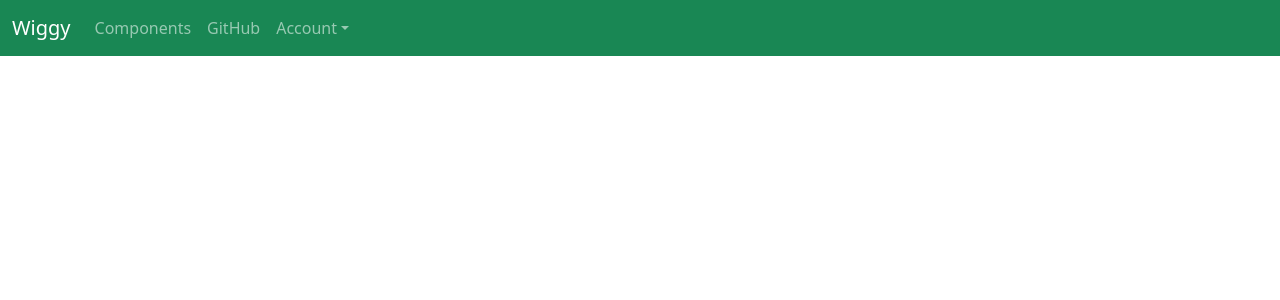
Repository: MohammadGulshan/wiggy
Page: / (app in client/)
These files come from the project's save history. The page is drawn as it stood at one moment and after the next save; the edit follows.
The browser window is 1280 px wide. The pictures show the whole page.
The project was rebuilt for these pictures with package versions that can differ from the ones it lists, and the page was loaded fresh each time. Also part of the build but not shown: client/src/App.css.

Above is the page before, as saved 2020-12-11 02:17:38.

### client/src/index.js
import React from 'react';
import ReactDOM from 'react-dom';
import App from './App';
import reportWebVitals from './reportWebVitals';

ReactDOM.render(
  <React.StrictMode>
    <App />
  </React.StrictMode>,
  document.getElementById('root')
);

// If you want to start measuring performance in your app, pass a function
// to log results (for example: reportWebVitals(console.log))
// or send to an analytics endpoint. Learn more: https://bit.ly/CRA-vitals
reportWebVitals();

### client/src/App.js
import 'bootstrap/dist/css/bootstrap.min.css';
import './App.css';
import AppNavbar from './components/AppNavbar';

function App() {
  return (
    <div className="App">
      <AppNavbar />
    </div>
  );
}

export default App;

### client/src/components/AppNavbar.js
import React from "react";
import {
  Collapse,
  Navbar,
  NavbarToggler,
  NavbarBrand,
  Nav,
  NavItem,
  NavLink,
  UncontrolledDropdown,
  DropdownToggle,
  DropdownMenu,
  DropdownItem,
  NavbarText,
} from "reactstrap";

const AppNavbar = (props) => {
  let isOpen = false;
  const toggle = () => isOpen = !isOpen;
  return (
    <div>
      <Navbar color="success" dark expand="md">
        <NavbarBrand href="/">Wiggy</NavbarBrand>
        <NavbarToggler onClick={toggle} />
        <Collapse isOpen={isOpen} navbar>
          <Nav className="ml-auto" navbar>
            <NavItem>
              <NavLink href="/components/">Components</NavLink>
            </NavItem>
            <NavItem>
              <NavLink href="https://github.com/reactstrap/reactstrap">GitHub</NavLink>
            </NavItem>
            <UncontrolledDropdown nav inNavbar>
              <DropdownToggle nav caret>
                Account
              </DropdownToggle>
              <DropdownMenu right>
                <DropdownItem>
                  Profile
                </DropdownItem>
                <DropdownItem>
                  Orders
                </DropdownItem>
                <DropdownItem divider />
                <DropdownItem>
                  Logout
                </DropdownItem>
              </DropdownMenu>
            </UncontrolledDropdown>
          </Nav>
        </Collapse>
      </Navbar>
    </div>
  );
};

export default AppNavbar;

Loaded but not shown: client/public/index.html (common file); client/src/reportWebVitals.js (common file)

After the next save:
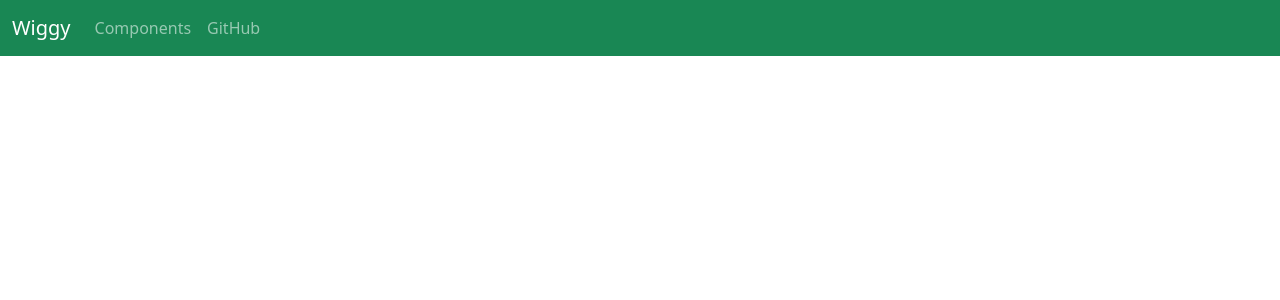
Saved 3 min 48 s later.
--- a/client/src/components/AppNavbar.js
+++ b/client/src/components/AppNavbar.js
@@ -30,23 +30,6 @@
             <NavItem>
               <NavLink href="https://github.com/reactstrap/reactstrap">GitHub</NavLink>
             </NavItem>
-            <UncontrolledDropdown nav inNavbar>
-              <DropdownToggle nav caret>
-                Account
-              </DropdownToggle>
-              <DropdownMenu right>
-                <DropdownItem>
-                  Profile
-                </DropdownItem>
-                <DropdownItem>
-                  Orders
-                </DropdownItem>
-                <DropdownItem divider />
-                <DropdownItem>
-                  Logout
-                </DropdownItem>
-              </DropdownMenu>
-            </UncontrolledDropdown>
           </Nav>
         </Collapse>
       </Navbar>
